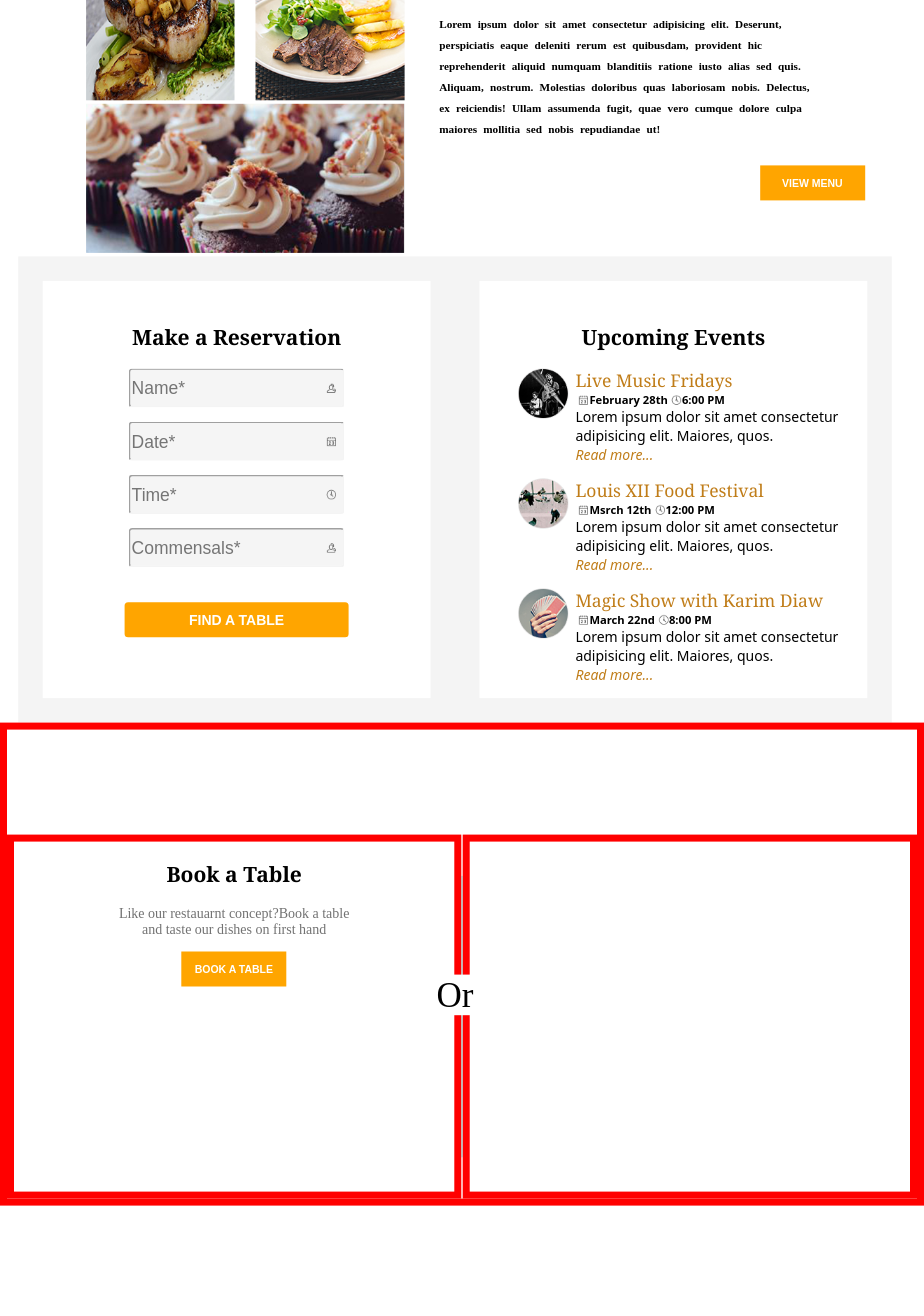
Repository: sis-shen/HTML_vsc
Page: adc_v2/index.html
These files come from the project's save history. The page is drawn as it stood at one moment and after the next save; the edit follows.
The browser window is 1280 px wide. The page is 1320 px wide, so the pictures cover 1320 px, including what lies to the right of the window. The pictures show the part of the page from y = 1716 to 3596 px (the page is 3596 px tall), at 70% of full size.

Above is the page before, as saved 2023-08-20 13:22:45.

### adc_v2/index.html
<!DOCTYPE html>
<html lang="zh-CN">
<head>
    <meta charset="UTF-8">
    <meta name="viewport" content="width=device-width, initial-scale=1.0">
    <title>Old8餐厅</title>
    <link rel="stylesheet" href="style.css">
    <link rel="shotcut icon" href="img/王者.png">
</head>
<body>
    <div class="top-box">
        <div class="nav">
            <div class="t-left"><h1>Voilà </h1></div>

            <div class="t-right">
                <div class="nav-box"><a href="menu.html" target="_blank"><h2>MENU</h2></a>
                    <p>Come to see and pick up your favorite</p></div>
                <div class="nav-box"> <a href="about.html" target="_blank"><h2>ABOUT</h2></a>
                    <p>Learn more about us :P</p></div>
                <div class="nav-box"><a href="events.html" target="_blank"><h2>EVENTS</h2></a>
                    <p>We will regularlyt hold events about sing,dance,rap,and basketvall</p></div>
                <div class="nav-box"> <a href="restaurants.html" target="_blank"><h2>RESERVATIONS</h2></a>
                    <p>The earlier,the better</p></div>
                <div class="nav-box"><a href="contact.html" target="_blank"><h2>CONTACT</h2></a>
                    You mean what?noooooo way!</div>
            </div>
        </div>

        <h1 id="wel">WELCOME TO VOILÀ</h1>
        <h3>We offer mouth watering <u>French cuisine</u></h3>

        <div class="button-box">
            <div class="b-left">
                <a href="menu.html" target="_blank"><button>SEE MENU</button></a>
            </div>
            <div class="b-right">
                <a href="table.index" target="_blank"><button>FIND A TABLE</button></a>
            </div>
        </div>

        <h4>Scoll down for details</h4>

        <div class="down-arrow">
            <img src="img/down-arrow-icon.png" alt="">

        </div>
    </div>

    <!-- =============================================== -->

    <div class="top2-box">
        <div class="up-box">
            <div class="up-left">
                <h2 class="h2-title">Aout Voilà Restaurant</h2>
                <p class="main-p">Voilà!there's a restaurant called Voilà ! Who owns it ? For sure it is our lovely lovey Trump's sweet sweet chain restaurant. Thus,No one knows French cuisine better than us!Let's Make French cuisine in American version great again! Let's make our momy proud agin!We have <a href="https://g.nga.cn/read.php?tid=22017775&rand=757" target="_blank"> the best team of busters</a>,aiming at turning every customer into delicious snacks. Any way,stepping in to our restaurant equals to finding your way into heaven. Have a try now!</p>

                <a href="about.index" target="_blank"><button class="main-button">READ MORE</button></a>

            </div>

            <div class="up-right">
                <img src="img/glass of wine.png" alt="">
            </div>
        </div>
        <div class="down-box">
            <div class="down-left"><img src="img/Eric-McGregor-flickr.png" alt="eric"></div>
            <div class="down-right">
                <div class="left"><img src="img/Restaurant kitchen.png" alt=""></div>
                <div class="right"><img src="img/foodiesfeed.com_excelent-beef-steak-vegetables.png" alt=""> </div>
            </div>

        </div>
    </div>

    <!-- =========================================== -->

    <div class="cuisine-box">
        <div class="left-dish-box">
            <div class="uper">
                <div class="left"><img src="img/Steak and vegetables - Foodies Feed.png" alt="" ></div>
                <div class="right"> <img src="img/Beef-steak-pineapple-salad Foodies Feed.png" alt="" id="cup-cake" ></div>
            <div class="clear-fix"></div>


            </div>


            <div class="downer">
                <img src="img/Cup cakes.png" alt="">
            </div>
        </div>

        <div class="right-p">
            <h2 class="h2-title">Tasteful French Cuisine</h2>

            <p class="main-p">Lorem ipsum dolor sit amet consectetur adipisicing elit. Deserunt, perspiciatis eaque deleniti rerum est quibusdam, provident hic reprehenderit aliquid numquam blanditiis ratione iusto alias sed quis. Aliquam, nostrum. Molestias doloribus quas laboriosam nobis. Delectus, ex reiciendis! Ullam assumenda fugit, quae vero cumque dolore culpa maiores mollitia sed nobis repudiandae ut!</p>

            <a href="menu.html" target="_blank"><button class="main-button" id="b2">VIEW MENU</button></a>


        </div>


    </div>

    <div class="res-events">
        <div class="res">
            <h2 class="h2-title">Make a Reservation</h2>
            <div class="name">
                <input type="text" name="name" id="name" placeholder="Name*" size="30">

            </div>
            <div class="name">
                <input type="text" name="date" id="date" placeholder="Date*" size="30">

            </div>
            <div class="name">
                <input type="text" name="time" id="time" placeholder="Time*" size="30">

            </div>
            <div class="name">
                <input type="text" name="commensals" id="commensals" placeholder="Commensals*" size="30">

            </div>

            <div class="find-table">
                <a href="https://cn.bing.com/maps?&mepi=107~Restaurant~MiddleOfPage~Entity_List_Card&ty=17&q=%E9%A4%90%E5%8E%85%20%E9%A2%84%E5%AE%9A%E6%A1%8C%E4%BD%8D&segment=Restaurant&sei=0&cp=nxgc8dv28mpg&child=%26ty%3D18%26q%3D%25E5%25A8%2581%25E6%2596%25AF%25E6%25B1%2580%25E4%25BC%2591%25E9%2597%25B2%25E9%25A4%2590%25E5%258E%2585%26ss%3Dypid.YN4067x2077920041126122936%26segment%3DRestaurant%26ppois%3D29.495840072631836_120.91497039794922_%25E5%25A8%2581%25E6%2596%25AF%25E6%25B1%2580%25E4%25BC%2591%25E9%2597%25B2%25E9%25A4%2590%25E5%258E%2585_YN4067x2077920041126122936~%26cp%3Dnxgc8dv28mpg%26EnableMapViewChange%3Dtrue&FORM=SNAPST" target="_blank">

                    <input type="submit" value="FIND A TABLE" id="find-table">
                </a>
            </div>

        </div>




        <div class="events-box">

            <h2 class="h2-title">Upcoming Events</h2>

            <ul class="event-list">
                <li class="event-emp" >

                    <div class="icon"><img src="img/Live music Fridays.png" alt=""></div>
                    <div class="content">
                        <div class="event-title">Live Music Fridays</div>

                        <div class="date">
                            <div class="daytime1" id="L1-1">February 28th
                        </div>
                        <div class="daytime2" id="L1-2">6:00 PM</div>
                        </div>

                                            <div class="event-dsp">Lorem ipsum dolor sit amet consectetur adipisicing elit. Maiores, quos.</div>
                                            <div class="read-more"><a href="https://www.eventbrite.com/e/live-music-fridays-tickets-599842574287" target="_blank">Read more...</a></div>

                    </div>

                </li>
                <li class="event-emp" >

                    <div class="icon"><img src="img/Festival.png" alt=""></div>
                    <div class="content">
                        <div class="event-title">Louis XII Food Festival</div>

                        <div class="date">
                            <div class="daytime1" id="L1-1">Msrch 12th
                        </div>
                        <div class="daytime2" id="L1-2">12:00 PM</div>
                        </div>

                                            <div class="event-dsp">Lorem ipsum dolor sit amet consectetur adipisicing elit. Maiores, quos.</div>
                                            <div class="read-more"><a href="https://newinzurich.com/2019/09/louis-xlll-cognac-food-pairing-epicure-food-festival-dolder-grand/" target="_blank">Read more...</a></div>

                    </div>

                </li>
                <li class="event-emp" >

                    <div class="icon"><img src="img/magic show.png" alt=""></div>
                    <div class="content">
                        <div class="event-title">Magic Show with Karim Diaw</div>

                        <div class="date">
                            <div class="daytime1" id="L1-1">March 22nd
                        </div>
                        <div class="daytime2" id="L1-2">8:00 PM</div>
                        </div>

                                            <div class="event-dsp">Lorem ipsum dolor sit amet consectetur adipisicing elit. Maiores, quos.</div>
                                            <div class="read-more"><a href="https://www.bilibili.com/video/BV1Fb411D7HK/?vd_source=df9276f62b91b382ecf0a8c1064ea7de" target="_blank">Read more...</a></div>

                    </div>

                </li>

            </ul>





        </div>
    </div>

    <div class="book-share">
        <div class="book">
            <h2 class="h2-title">Book a Table</h2>
            <div class="b-dsc">

                <p >Like our restauarnt concept?Book a table <br>and taste our dishes on first hand</p>
            </div>
            <a href="https://cn.bing.com/search?q=book+a+table&cvid=041b15cce42e41dbbbc3da2f1843c494&aqs=edge.0.0j69i64j0l7.2404j0j4&FORM=ANAB01&PC=EDGEINJP" target="_blank"><button type="button" class="main-button" id="book-table">BOOK A TABLE</button></a>
        </div>
        <div class="or"><p></p></div>
        <div class="share">

        </div>

    </div>

    <div class="p-or"><p>Or</p></div>


</body>
</html>

### adc_v2/style.css

body {
    box-sizing: border-box;
    font-family:Georgia, 'Times New Roman', Times, serif;

    width: 1300px;

    margin: 0 auto;

}

.clear-fix{
    clear: both;
}

/* .up-left h2 */
.h2-title{

    text-align: center;
    font-size: 30px;
}
.main-p{
    line-height: 30px;
    word-spacing: 5px;
    font-family: 微软雅黑;
    font-weight: bold;
}

.main-button{
    background-color:orange;
    height: 50px;
    width:150px;
    color: #fff;
    font-size: 15px;
    font-weight: bold;
    border: 0;
    margin-left: 350px;
}

.main-button:hover{
    background-color:rgb(213, 139, 0);

}

/* =======top-box===== */

.top-box{
    margin:auto;

    width: 1300px;
    height: 650px;
    background-image: url("img/top.png");
    background-repeat: no-repeat;

    /* border: red solid 10px; */

}

.nav {
    width: 100%;
    height: 200px;
    /* background-color: rgba(0, 255, 255, 0.207); */
    display: flex;
}

.t-left{
    height:100%;
    width: 40%;
    /* background-color: rgba(255, 0, 0, 0.236); */
}

.t-right{
    display: flex;
    height: 100%;
    width:60%;
    font-family: 微软雅黑;
}

.nav-box{
    width: 20%;
    height: 100%;
    /* background-color: rgba(255, 255, 0, 0.149); */
    color: #fff;
}

.nav-box a{
    text-decoration: none;
    color: #fff;
}

.top-box h2{
    font-size:medium
}

.t-left h1{
    color:rgb(212, 0, 0);
    position: relative;
    left:30%;
    top:20px;
}

#wel{
    text-align: center;
    color: #fff;

    font-size: 50px;
}

.top-box h3{
    text-align: center;
    color: #fff;
    font-size: 35px;
}

.button-box{
    display: flex;
    align-items: center;
    justify-content: center;
    margin-top: 60px;
}

.button-box button{
    width: 120px;
    height: 45px;
    margin-inline: 40px;
    font-family: 微软雅黑;
    color: #fff;
}

.b-left button{
    background-color: rgb(255, 106, 0);
    border: 0;
    border-radius: 5%;
}

.b-left button:hover{
    background-color: rgb(205, 85, 0);

}

.b-right button{
    background-color: rgb(60, 60, 60);
    border: 0;
    border-radius: 5%;

}

.b-right button:hover{
    background-color: rgb(35, 35, 35);

}

.top-box h4{
    text-align: center;
    color: #fff;
    font-family: 微软雅黑;
    font-weight:normal;
    margin-top: 80px;
}


.down-arrow {
    text-align: center;
}



/* ===========top2-box============== */

.top2-box{
    background-color: #ebebeb;
    padding-bottom: 50px;
}

.top2-box .up-box
{

    margin-top: 50px;
    display: flex;

    /* border: red solid 10px; */
}

.top2-box .up-left{
    width: 45%;
    min-height: 200px;

    /* border: red solid 10px; */

}

.top2-box .up-right{
    width: 55%;
    min-height: 200px;
}

.up-right img{
    width: 100%;
}





.up-left p a {
    text-decoration: none;
    color: rgb(255, 179, 0);
}

.up-left p a:hover{
    color: rgb(193, 135, 0);

}





.down-box{
    display: flex;
}



.down-right{
    margin-top: 50px;
    width: 45%;
    /* border: red solid 10px; */
    display: flex;

}

.down-right .left{
    width: 45%;
    /* margin-left:5%; */
    margin-right: 10%;
    /* border: red solid 10px; */

}

.down-right .right{
    width: 45%;
    /* border: red solid 10px; */

}

.down-left{
    width: 55%;
    max-height: 250px;
}

.down-left img{
    width: 90%;
    position: relative;
    top:-10em
}

.cuisine-box {
    width: 100%;
    margin-top: 50px;
    display: flex;
    justify-content: center;

    .left-dish-box{
        width: 455px;

        /* border: red solid 10px; */


        .uper{
            margin: 0;
            display: flex;


            .left{
                width: 50%;
            }

            .right{
                width: 50%;
            }
        }

        .downer{

        }

    }


    #cup-cake{
        float: right;
    }

    .right-p{
        width: 550px;
        margin-left: 50px;
        /* border: red solid 10px; */

    }
}

#b2{
    margin-top: 20px;
    margin-left: 458px;
}
/* ==============reservation & events============= */

.res-events{
    margin: 0 auto;
    width: 96%;
    display: flex;
    background-color: #f4f4f4;

    .res{
        padding-top: 35px;
        margin: 35px;
        background-color: white;
        width: 50%;
        /* border: red solid 10px; */

    }
    .events-box{
        padding-top: 35px;

        margin: 35px;
        background-color: white;
        width: 50%;

        .event-list{
            list-style-type: none;



            .event-emp{
                margin-bottom: 20px;
                width: 90%;
                /* display: block; */
                display: flex;
                /* border: red solid 10px; */
                padding-left: 15px;


                .icon{
                    width: 72px;
                }

                .content{
                    margin-left: 10px;


                    .event-title{
                        font-size:25px ;
                        color:rgb(192, 125, 25);
                    }

                    .date{
                        display: flex;

                        .daytime1{
                            margin-left: 5px;
                            padding-left: 15px;
                            font-family: system-ui, -apple-system, BlinkMacSystemFont, 'Segoe UI', Roboto, Oxygen, Ubuntu, Cantarell, 'Open Sans', 'Helvetica Neue', sans-serif;
                            font-weight: 800;

                            background-image: url("img/Date-icon.png");
                            background-repeat: no-repeat;
                            background-position: left center;

                        }
                        .daytime2{
                            margin-left: 5px;
                            padding-left: 15px;
                            font-family: system-ui, -apple-system, BlinkMacSystemFont, 'Segoe UI', Roboto, Oxygen, Ubuntu, Cantarell, 'Open Sans', 'Helvetica Neue', sans-serif;
                            font-weight: 800;

                            background-image: url("img/Time-icon.png");
                            background-repeat: no-repeat;
                            background-position: left center;

                        }

                    }

                    .event-dsp{
                        /* color: #f4f4f4; */
                        font-family: system-ui, -apple-system, BlinkMacSystemFont, 'Segoe UI', Roboto, Oxygen, Ubuntu, Cantarell, 'Open Sans', 'Helvetica Neue', sans-serif;

                        font-weight: 500;
                        font-size: 20px;
                    }

                    .read-more a{
                        text-decoration: none;
                        font-style: italic;
                        color:rgb(192, 125, 25);
                        font-family: system-ui, -apple-system, BlinkMacSystemFont, 'Segoe UI', Roboto, Oxygen, Ubuntu, Cantarell, 'Open Sans', 'Helvetica Neue', sans-serif;
                        font-size: 20px;


                    }
                    .read-more a:hover{
                        color:rgb(161, 105, 21);

                    }


                }

            }

        }




    }
}

.name{
    text-align: center;
    margin-bottom: 20px;

    #name{
        background-color: rgb(245, 245, 245);
        height: 50px;
        width: 300px;
        font-size:25px;
        border-radius: 5px;
        background-image: url("img/commensals-icon.png");
        background-repeat: no-repeat;
        background-position: center right 10px;
        border-color: #f4f4f4;
    }

    #date{
        background-color: rgb(245, 245, 245);
        height: 50px;
        width: 300px;
        font-size:25px;
        border-radius: 5px;
        background-image: url("img/Date-icon.png");
        background-repeat: no-repeat;
        background-position: center right 10px;
        border-color: #f4f4f4;
    }
    #time{
        background-color: rgb(245, 245, 245);
        height: 50px;
        width: 300px;
        font-size:25px;
        border-radius: 5px;
        background-image: url("img/Time-icon.png");
        background-repeat: no-repeat;
        background-position: center right 10px;
        border-color: #f4f4f4;
    }
    #commensals{
        background-color: rgb(245, 245, 245);
        height: 50px;
        width: 300px;
        font-size:25px;
        border-radius: 5px;
        background-image: url("img/commensals-icon.png");
        background-repeat: no-repeat;
        background-position: center right 10px;
        border-color: #f4f4f4;
    }
}

.find-table{
    text-align: center;
    margin-top: 50px;

    #find-table{
        background-color:orange;
    height: 50px;
    width:320px;
    color: #fff;
    font-size: 20px;
    font-weight: bold;
    border: 0;
    border-radius: 5px;
    }

    #find-table:hover{
        background-color:rgb(228, 148, 0);

    }
}

.book-share{
    padding-top: 150px;
    width: 100%;
    min-height: 500px;
    border: red solid 10px;
    display: flex;
    justify-content: center;
    align-items: center;
    .book{
        width: 50%;
        min-height: 500px;
        /* padding-top: 150px; */
        border: red solid 10px;

        .b-dsc{
            font-family: 微软雅黑;
            font-size: 20px;
            color: #727272;
            text-align: center;
        }

    }

    .or{
        width: 1x;
        height: 400px;
        border: rgb(179, 179, 179) 1px solid;
        position: relative;


    }

    .share{
        width: 50%;
        min-height: 500px;
        border: red solid 10px;

    }
}

.p-or{
    margin: 0 auto;
    width: 5%;
    text-align: center;
}

.p-or p{
    font:50px 微软雅黑;
    background-color: white;
    position: relative;
    bottom:380px ;
}

#book-table{
    position: relative;
    margin:0;
    left: 38%
}

After the next save:
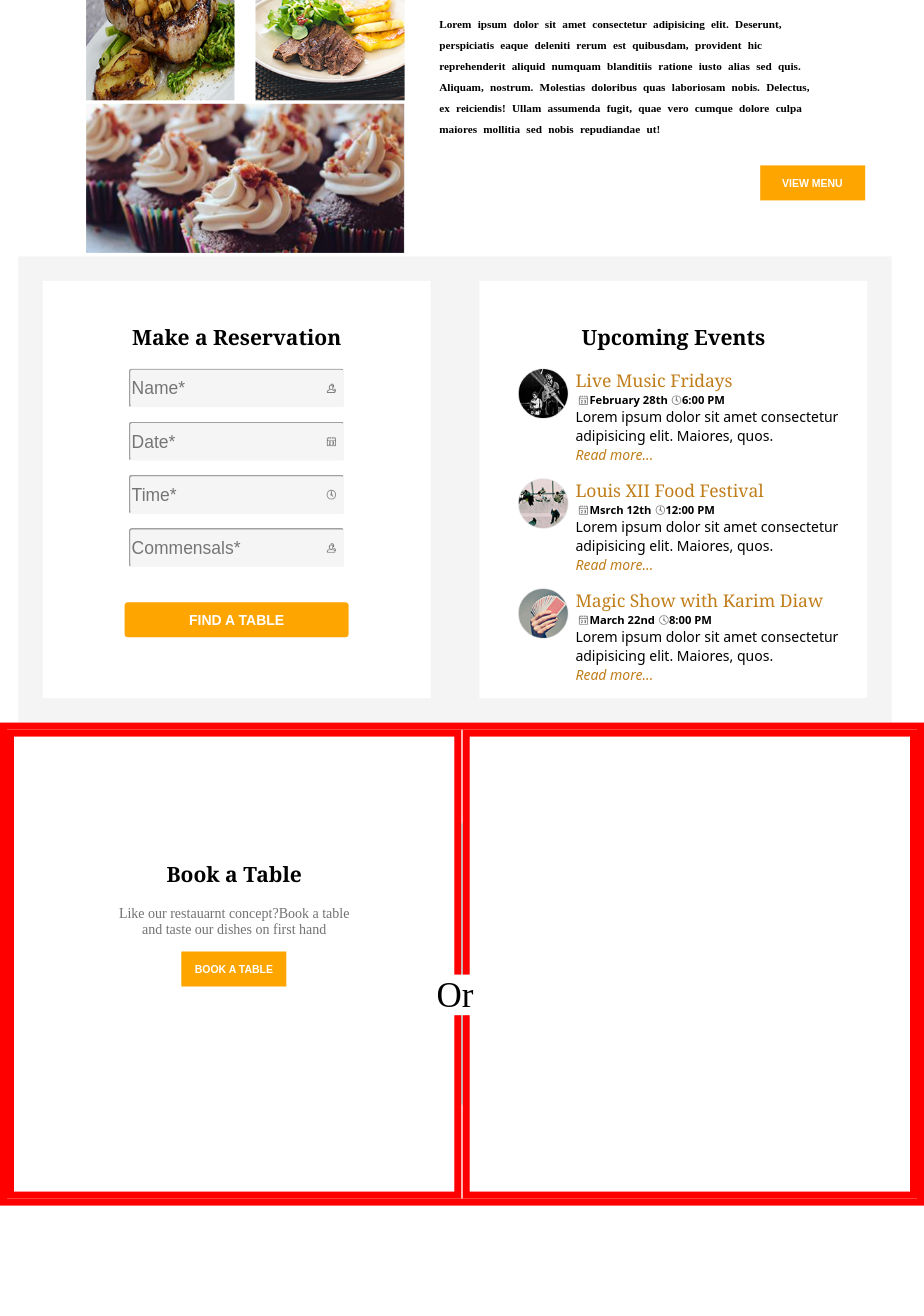
Saved 22 s later.
--- a/adc_v2/style.css
+++ b/adc_v2/style.css
@@ -490,7 +490,7 @@ body {
 }
 
 .book-share{
-    padding-top: 150px;
+    /* padding-top: 150px; */
     width: 100%;
     min-height: 500px;
     border: red solid 10px;
@@ -500,7 +500,7 @@ body {
     .book{
         width: 50%;
         min-height: 500px;
-        /* padding-top: 150px; */
+        padding-top: 150px;
         border: red solid 10px;
 
         .b-dsc{
@@ -522,6 +522,8 @@ body {
     }
 
     .share{
+        padding-top: 150px;
+
         width: 50%;
         min-height: 500px;
         border: red solid 10px;
